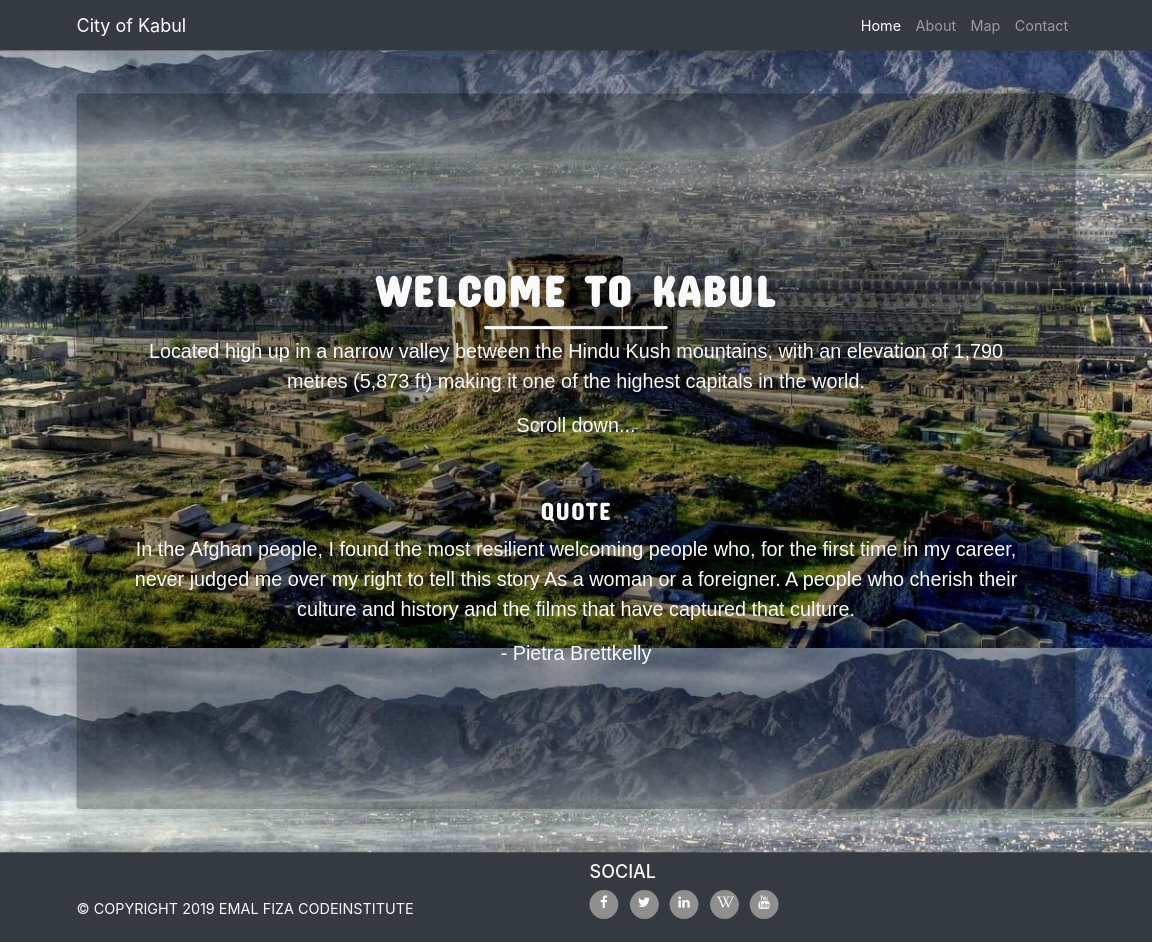
Repository: emalfiza/project-kabul
Page: index.html
The author's editor kept a record of every edit. The page is drawn from the files as they stood at one moment, then again after the next edit.
The browser window is 1280 px wide. The pictures show the whole page, at 90% of full size.
Backgrounds fixed to the window are drawn as part of the page. Some web fonts or font styles are not loaded; a fallback is used. Some web libraries are served in a nearby version.

Above is the page before.

### index.html
<!DOCTYPE html>
<html lang="en">

<head>
  <meta charset="UTF-8">
  <meta name="viewport" content="width=device-width, initial-scale=1.0">
  <meta http-equiv="X-UA-Compatible" content="ie=edge">
  <link rel="stylesheet" href="https://stackpath.bootstrapcdn.com/bootstrap/4.3.1/css/bootstrap.min.css" type="text/css" />
  <link rel="stylesheet" href="https://stackpath.bootstrapcdn.com/font-awesome/4.7.0/css/font-awesome.min.css" type="text/css" />
  <link rel="stylesheet" href="assets/css/style.css" type="text/css" />
  <title>City of Kabul</title>
</head>

<body id="body">
  <header>

    <!--Navbar for the landing page of city of kabul. It's a Bootstrap navbar-->

    <nav class="navbar navbar-expand-lg navbar-dark bg-dark static-top mb-5 shadow">
      <div class="container">
        <a class="navbar-brand" href="index.html">City of Kabul</a>
        <button class="navbar-toggler" type="button" data-toggle="collapse" data-target="#navbarResponsive" aria-controls="navbarResponsive" aria-expanded="false" aria-label="Toggle navigation">
          <span class="navbar-toggler-icon"></span>
        </button>
        <div class="collapse navbar-collapse" id="navbarResponsive">
          <ul class="navbar-nav ml-auto">
            <li class="nav-item active">
              <a class="nav-link" href="index.html">Home
                <span class="sr-only">(current)</span>
              </a>
            </li>
            <li class="nav-item">
              <a class="nav-link" href="about.html">About</a>
            </li>
            <li class="nav-item">
              <a class="nav-link" href="map.html">Map</a>
            </li>
            <li class="nav-item">
              <a class="nav-link" href="contact.html">Contact</a>
            </li>
          </ul>
        </div>
      </div>
    </nav>
  </header>

  <!--Page Content-->

  <section>
    <div class="container">
      <div class="card border-0 shadow my-5">
        <div class="card-body p-5">
          <div class="context">
            <h1>Welcome To Kabul</h1>
            <hr>
            <p>Located high up in a narrow valley between the Hindu Kush mountains, with an elevation of 1,790 metres (5,873 ft) making it one of the highest capitals in the world.</p>
            <p>Scroll down...</p>
          </div>
          <div class="quote" style="height: 300px">
            <h3>Quote</h3>
            <P>In the Afghan people, I found the most resilient welcoming people who, for the first time in my career, never judged me over my right to tell this story
            As a woman or a foreigner. A people who cherish their culture and history and the films that have captured that culture.</P>
            <p>- Pietra Brettkelly</p>
          </div>
        </div>
      </div>
    </div>
  </section>

  <!--Footer-->

  <footer class="container-fluid footer">
    <div class="container">
      <div class="row">
        <div class="col-sm-6">
          <p class="uppercase general-sub special">&copy; Copyright 2019 Emal Fiza CodeInstitute</p>
        </div>
        <div class="col-sm-6">
          <h5 class="uppercase general-sub">Social</h5>
          <ul class="list-inline social-links">
            <li class="list-inline-item">
              <a target="_blank" href="https://www.facebook.com/places/Things-to-do-in-Kabul-Afghanistan/102164239825190/">
              <i class="fa fa-facebook" aria-hidden="true"></i>
              <span class="sr-only">Facebook</span>
            </a>
            </li>
            <li class="list-inline-item">
              <a target="_blank" href="https://twitter.com/kabulnewstv">
              <i class="fa fa-twitter" aria-hidden="true"></i>
              <span class="sr-only">Twitter</span>
            </a>
            </li>
            <li class="list-inline-item">
              <a target="_blank" href="#">
              <i class="fa fa-linkedin" aria-hidden="true"></i>
              <span class="sr-only">LinkedIn</span>
            </a>
            </li>
            <li class="list-inline-item">
              <a target="_blank" href="https://en.wikipedia.org/wiki/Kabul">
              <i class="fa fa-wikipedia-w" aria-hidden="true"></i>
              <span class="sr-only">Wikipedia</span>
            </a>
            </li>
            <li class="list-inline-item">
              <a target="_blank" href="https://www.youtube.com/watch?v=JuWQ4T8p5m0">
              <i class="fa fa-youtube" aria-hidden="true"></i>
              <span class="sr-only">YouTube</span>
            </a>
            </li>
          </ul>
        </div>
      </div>
    </div>

  </footer>
  <script src="https://code.jquery.com/jquery-3.2.1.slim.min.js" integrity="sha384-KJ3o2DKtIkvYIK3UENzmM7KCkRr/rE9/Qpg6aAZGJwFDMVNA/GpGFF93hXpG5KkN" crossorigin="anonymous"></script>
  <script src="https://cdnjs.cloudflare.com/ajax/libs/popper.js/1.12.9/umd/popper.min.js" integrity="sha384-ApNbgh9B+Y1QKtv3Rn7W3mgPxhU9K/ScQsAP7hUibX39j7fakFPskvXusvfa0b4Q" crossorigin="anonymous"></script>
  <script src="https://maxcdn.bootstrapcdn.com/bootstrap/4.0.0/js/bootstrap.min.js" integrity="sha384-JZR6Spejh4U02d8jOt6vLEHfe/JQGiRRSQQxSfFWpi1MquVdAyjUar5+76PVCmYl" crossorigin="anonymous"></script>
</body>

</html>

### assets/css/style.css
@import url('https://fonts.googleapis.com/css?family=Concert+One|Grenze&display=swap:100,200,300,400,500,600,700,800|Grenze:100,200,300,400,500,600,700,800');


/* --
,------.                  ,--.    ,------.,--.
|  .---',--,--,--. ,--,--.|  |    |  .---'`--',-----. ,--,--.
|  `--, |        |' ,-.  ||  |    |  `--, ,--.`-.  / ' ,-.  |
|  `---.|  |  |  |\ '-'  ||  |    |  |`   |  | /  `-.\ '-'  |
`------'`--`--`--' `--`--'`--'    `--'    `--'`-----' `--`--'


The bellow body css imported from the startbootstrap.com
for the full background image of the landing page---------------*/

#body {
  background: url("../images/kabul.jpg") no-repeat center center fixed;
  background-size: cover;
  -webkit-background-size: cover;
  -moz-background-size: cover;
  -o-background-size: cover;
}

.img-fluid {
  margin-bottom: 18px;
}

/* --Navbar-----------------------------------------------------*/

.navbar-brand {
  color: #fafafa;
}

/* --Heading-----------------------------------------------------*/

.context {
  margin-top: 14%;
}

.context h1 {
  font-family: "Concert One", sans-serif;
  font-weight: bolder;
  text-align: center;
  letter-spacing: 2px;
  text-transform: uppercase;
  font-size: 48px;
  color: #fafafa;
  margin-bottom: 10px;
}

.context p {
  font-family: "Grenze", sans-serif;
  font-size: 22px;
  color: #fafafa;
  text-align: center;
}

.quote h3 {
  font-family: "Concert One", sans-serif;
  text-align: center;
  letter-spacing: 1px;
  text-transform: uppercase;
  color: #fafafa;
  margin-top: 62px;
  margin-bottom: 10px;
}

.quote p {
  font-family: "Grenze", sans-serif;
  font-size: 22px;
  color: #fafafa;
  text-align: center;
}

.section-heading {
  font-family: "Concert One", sans-serif;
  text-align: center;
}

.card {
  background-color: rgba(0, 0, 0, 0.3);
}

/* --Horizontal line under the heading--------------------------*/

hr {
  width: 20%;
  display: block;
  margin-top: 0.5em;
  margin-bottom: 0.5em;
  margin-left: auto;
  margin-right: auto;
  border-style: double;
  border-width: 1px;
  border-radius: 2px;
  height: 2px;
  color: #fafafa;
  background-color: #fafafa;
}

/* --Main content-----------------------------------------------*/

.section-paragraph {
  font-family: "Grenze", sans-serif;
  margin: 0 0 18px 0;
  text-align: justify;
  font-weight: 400;
  font-size: 22px;
  color: #4a4a4f;
}

.list-group {
  margin-bottom: 18px;
  padding: 0;
  font-family: "Concert One", sans-serif;
  font-weight: 600;
  color: #212529;
}

.info {
  font-family: "Concert One", sans-serif;
  color: #4a4a4f;
}

.contact {
  margin-top: 32px;
}

.message {
  width: 100%;
  height: 200px;
  border: 1px solid #ced4da;
  padding: .375rem .75rem;
  color: #495057;
  border-radius: .25rem;
}

.btn {
  margin-bottom: 22px;
}

/* --Map for the map page---------------------------------------*/

.map {
  margin: 0;
  padding: 0;
  height: 100vh;
}


/* --Form for the contact page----------------------------------*/

.form-control:focus {
  border-color: #DC3545;
  box-shadow: 0 0 0 0.2rem rgba(220,53,69,.25);
}

/* --Footer-----------------------------------------------------*/

footer {
  background-color: #343a40!important;
  color: #fafafa;
  min-height: 100px;
}

.footer {
  position: initial;
  left: 0;
  bottom: 0;
  width: 100%;
}

.uppercase {
  text-transform: uppercase;
}

/* --The font-family for the general-sub I copied from the bootsratp navbar "DevTool" of my home page
because I wanted my footer font family to match my navbar--*/

.general-sub {
  font-family: -apple-system, BlinkMacSystemFont, "Segoe UI", Roboto, "Helvetica Neue",
  Arial, "Noto Sans", sans-serif, "Apple Color Emoji", "Segoe UI Emoji", "Segoe UI Symbol", "Noto Color Emoji";
  margin-top: 10px;
}

.special {
  margin-left: 0px;
  margin-top: 50px;
}

.social-links {
  padding: 0;
}

.social-links li a i {
  position: relative;
  width: 32px;
  height: 32px;
  padding: 8px;
  border-radius: 50%;
  font-size: 15px;
  line-height: 12px;
  text-align: center;
  color: #fafafa;
  background-color: #8f8f8f;
  transition: all 0.40s ease-in-out;
  -moz-transition: all 0.40s ease-in-out;
  -webkit-transition: all 0.40s ease-in-out;
  -o-transition: all 0.40s ease-in-out;
}

.social-links li a i:hover {
  background-color: #252525;
}

After the next edit:
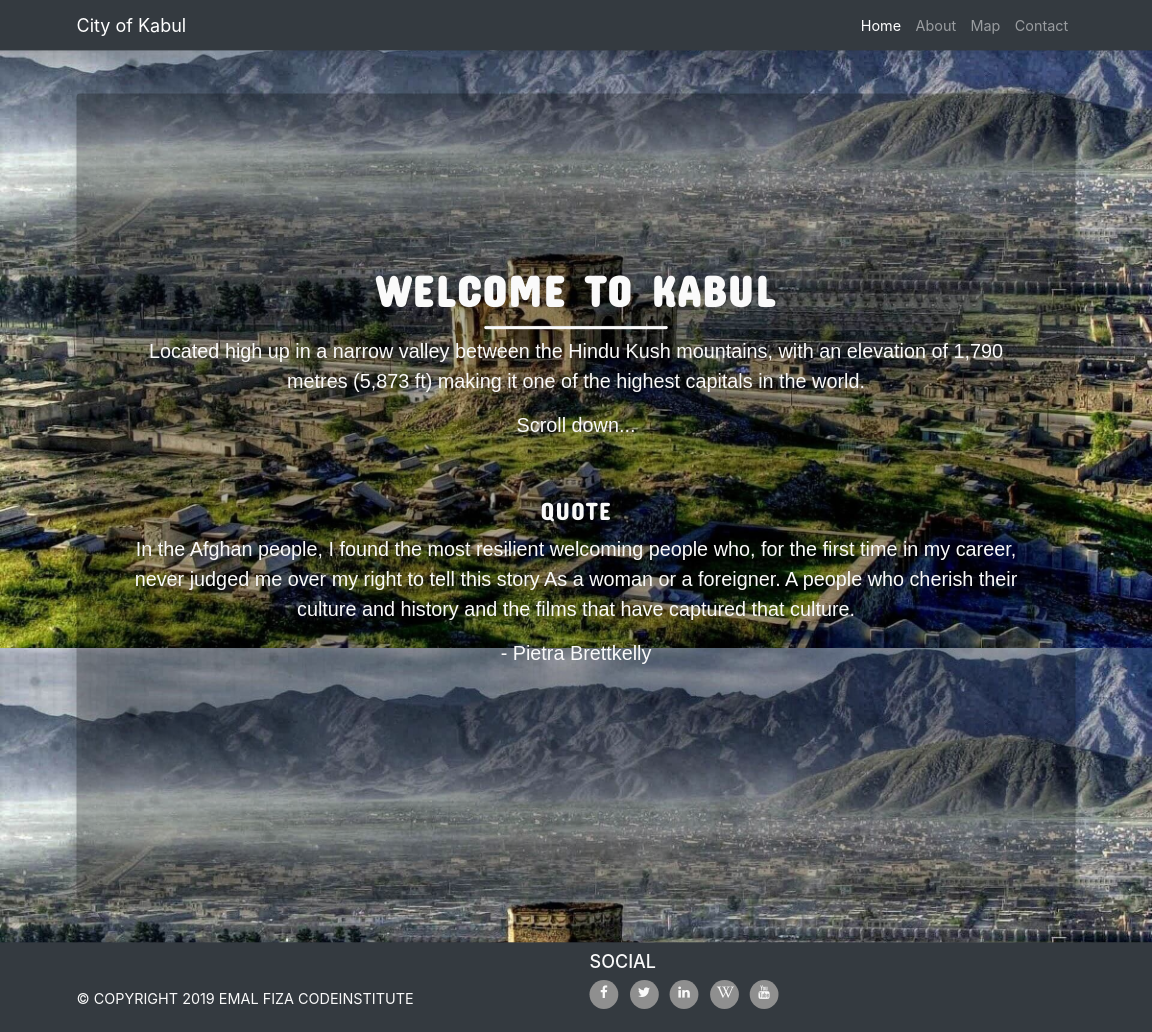
The edit:
--- a/index.html
+++ b/index.html
@@ -56,7 +56,7 @@
             <p>Located high up in a narrow valley between the Hindu Kush mountains, with an elevation of 1,790 metres (5,873 ft) making it one of the highest capitals in the world.</p>
             <p>Scroll down...</p>
           </div>
-          <div class="quote" style="height: 300px">
+          <div class="quote" style="height: 400px">
             <h3>Quote</h3>
             <P>In the Afghan people, I found the most resilient welcoming people who, for the first time in my career, never judged me over my right to tell this story
             As a woman or a foreigner. A people who cherish their culture and history and the films that have captured that culture.</P>
